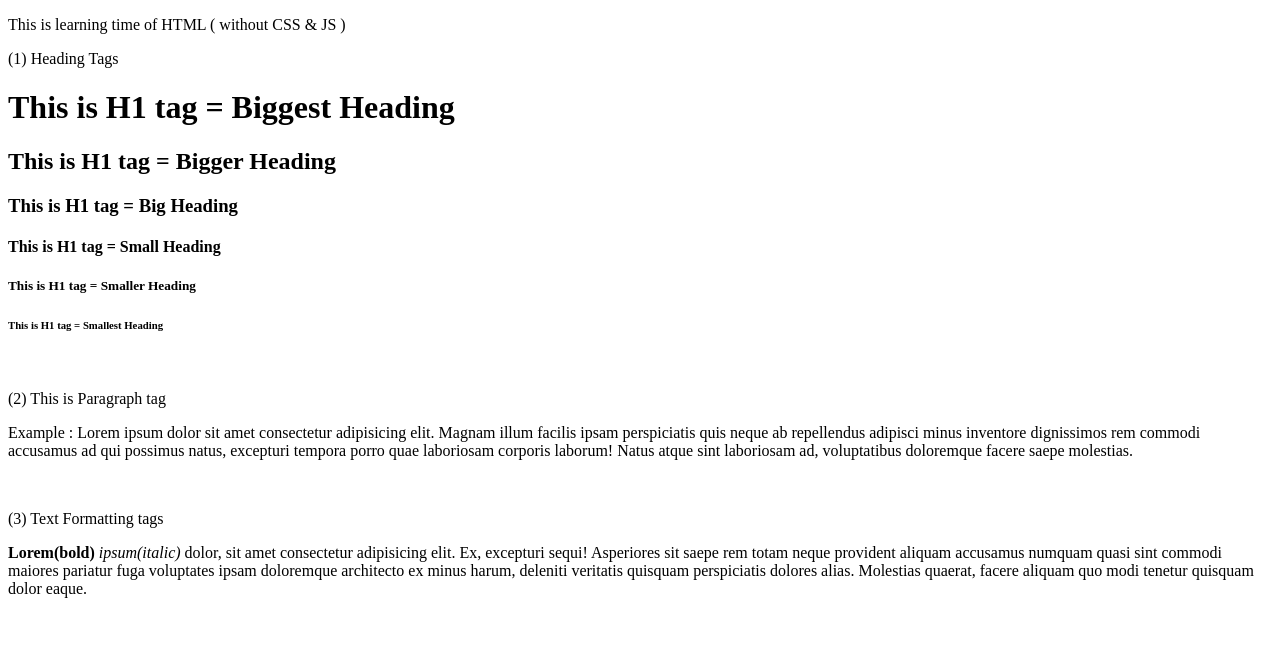
Repository: diptods/Frontend-in-60-DAYS
Page: Day01/learning/learn.html
The author's editor kept a copy of each file at every save. The page is drawn from the files as they stood at one save, then again after the next save.
The browser window is 1280 px wide. The pictures show the whole page.

Above is the page before, as saved 2026-05-28 11:47:47.

After the next save:
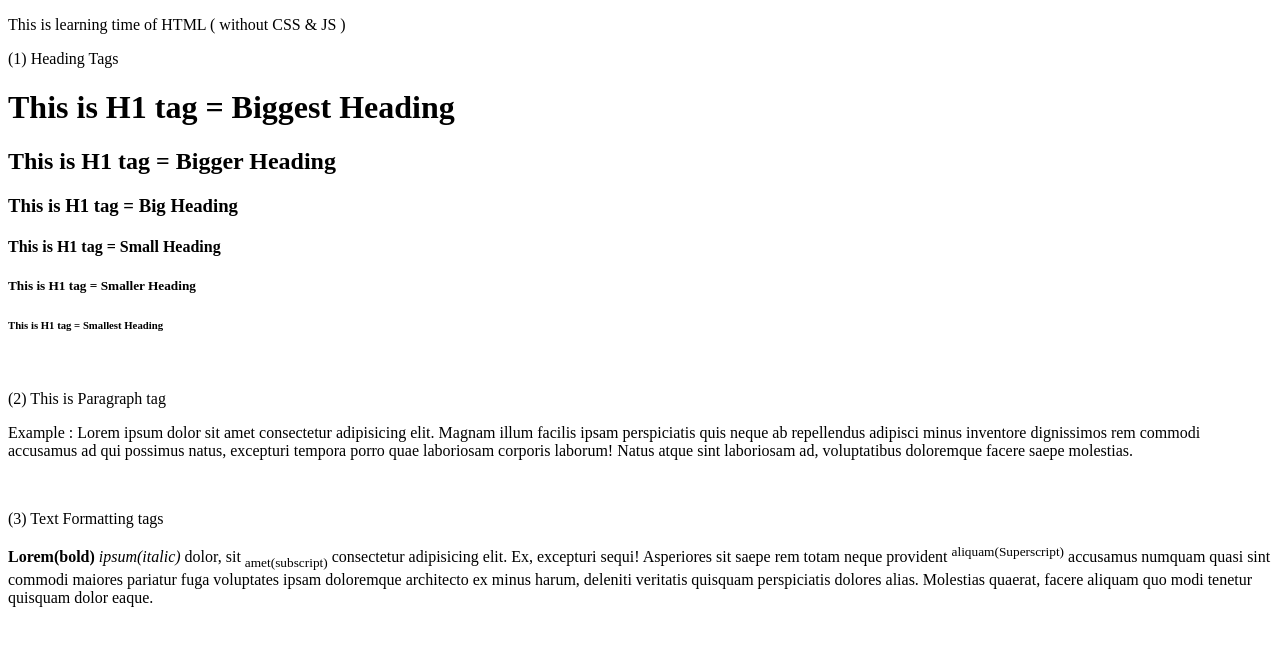
Saved 62 s later.
--- a/Day01/learning/learn.html
+++ b/Day01/learning/learn.html
@@ -24,8 +24,8 @@
         saepe molestias.</p>
     <br>
     <p>(3) Text Formatting tags</p>
-    <p><b>Lorem(bold)</b> <i>ipsum(italic)</i> dolor, sit amet consectetur adipisicing elit. Ex, excepturi sequi! Asperiores sit saepe rem totam
-        neque provident aliquam accusamus numquam quasi sint commodi maiores pariatur fuga voluptates ipsam doloremque
+    <p><b>Lorem(bold)</b> <i>ipsum(italic)</i> dolor, sit <sub>amet(subscript)</sub> consectetur adipisicing elit. Ex, excepturi sequi! Asperiores sit saepe rem totam
+        neque provident <sup>aliquam(Superscript)</sup> accusamus numquam quasi sint commodi maiores pariatur fuga voluptates ipsam doloremque
         architecto ex minus harum, deleniti veritatis quisquam perspiciatis dolores alias. Molestias quaerat, facere
         aliquam quo modi tenetur quisquam dolor eaque.</p>
 </body>
